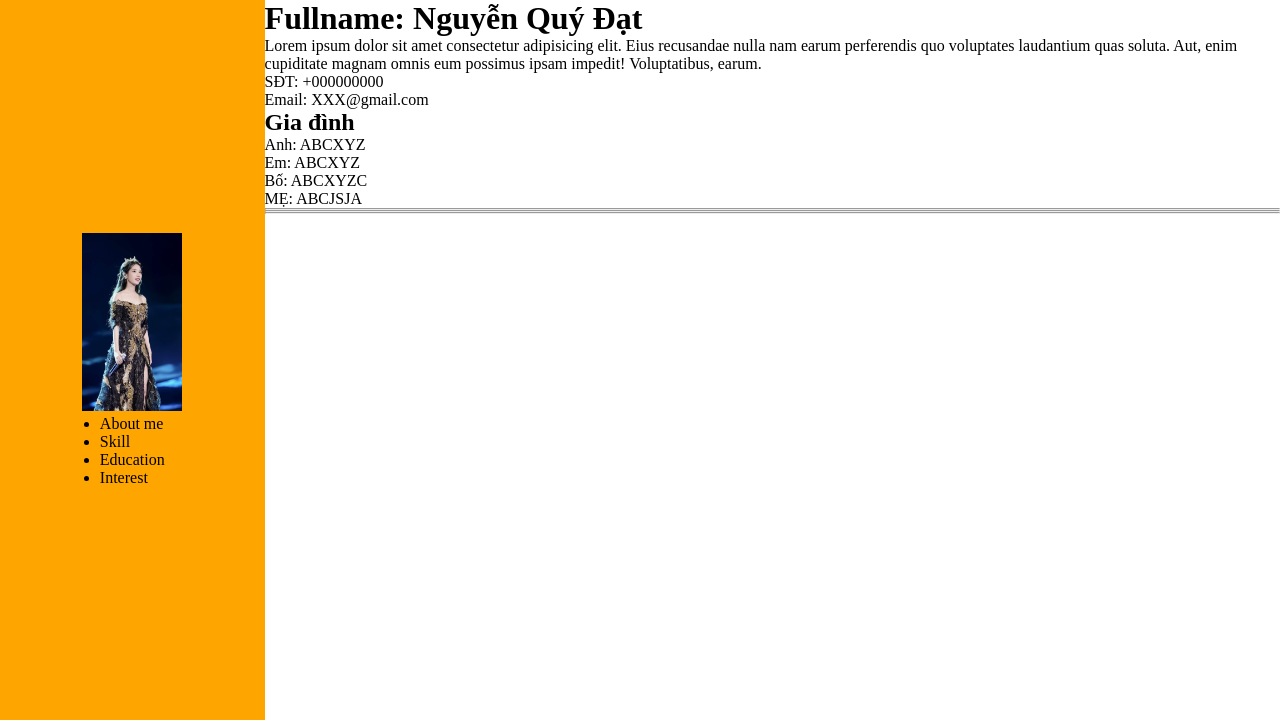
Repository: KinD2704/Web-University
Page: test/index.html
These files come from the project's save history. The page is drawn as it stood at one moment and after the next save; the edit follows.
The browser window is 1280 px wide. The pictures show the whole page.

Above is the page before, as saved 2023-12-01 22:36:32.

### test/index.html
<!DOCTYPE html>
<html lang="en">
    <head>
        <meta charset="UTF-8" />
        <meta name="viewport" content="width=device-width, initial-scale=1.0" />
        <title>Document</title>
        <link rel="stylesheet" href="style.css" />
    </head>
    <body>
        <div class="main">
            <div class="menu">
                <div class="logo">
                    <img
                        src="IU.jpg"
                        width="100"
                        alt="Đây là hình ảnh của tôi"
                    />
                </div>
                <div class="list">
                    <ul>
                        <li>About me</li>
                        <li>Skill</li>
                        <li>Education</li>
                        <li>Interest</li>
                    </ul>
                </div>
            </div>
            <div class="para">
                <div class="aboutme">
                    <h1>Fullname: Nguyễn Quý Đạt</h1>
                    <p>
                        Lorem ipsum dolor sit amet consectetur adipisicing elit.
                        Eius recusandae nulla nam earum perferendis quo
                        voluptates laudantium quas soluta. Aut, enim cupiditate
                        magnam omnis eum possimus ipsam impedit! Voluptatibus,
                        earum.
                    </p>
                    <p>SĐT: +000000000</p>
                    <p>Email: XXX@gmail.com</p>
                    <h2>Gia đình</h2>
                    <p>Anh: ABCXYZ</p>
                    <p>Em: ABCXYZ</p>
                    <p>Bố: ABCXYZC</p>
                    <p>MẸ: ABCJSJA</p>
                </div>
                <hr />
                <div class="Skill"></div>
                <hr />
                <div class="Education"></div>
                <hr />
                <div class="Interest"></div>
            </div>
        </div>
    </body>
</html>

### test/style.css
* {
    padding: 0;
    margin: 0;
}
.main {
    display: flex;
}
.main .menu {
    background-color: orange;
    /* width: 30%; */
    flex-basis: 30%;
    display: flex;
    justify-content: center;
    align-items: center;
    flex-direction: column;
    height: 100vh;
}

After the next save:
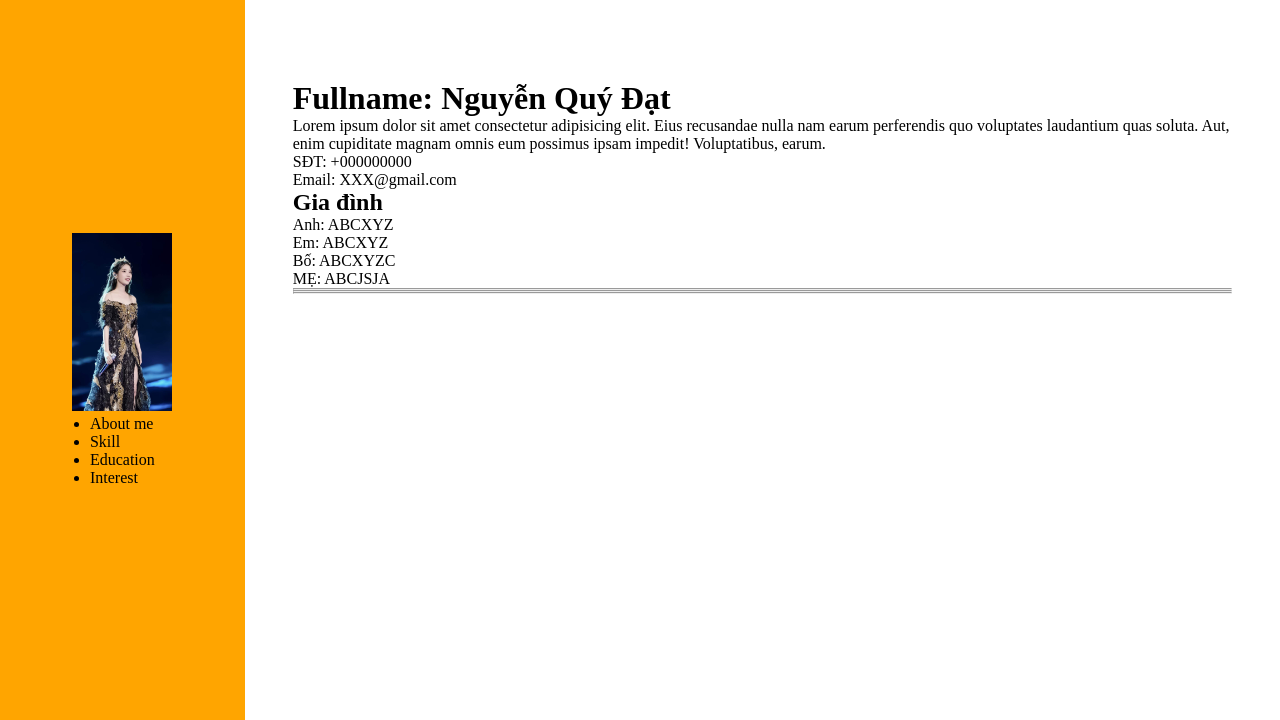
Saved 42 s later.
--- a/test/style.css
+++ b/test/style.css
@@ -15,3 +15,6 @@
     flex-direction: column;
     height: 100vh;
 }
+.main .para {
+    padding: 5rem 3rem;
+}
